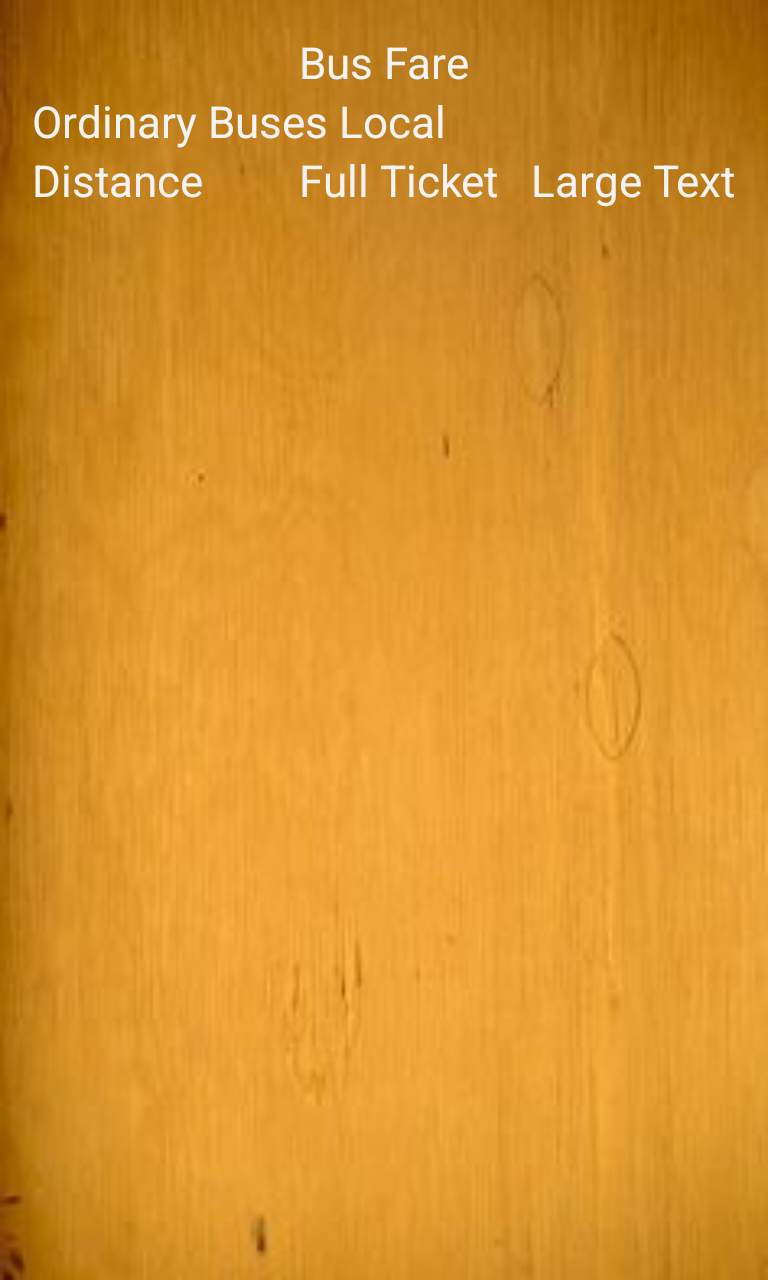
Repository: yogeshwar1996/android-app
Layout: CHD!!@BUSES/res/layout/activity_info.xml
The author's editor kept a copy of each file at every save. The layout is drawn from the files as they stood at one save, then again after the next save.
It is drawn on a 768 x 1280 px phone screen (xhdpi) without system bars, with theme android:Theme.Holo; the app's code is not run.

Above is the layout before, as saved 2016-07-11 04:56:01.

After the next save:
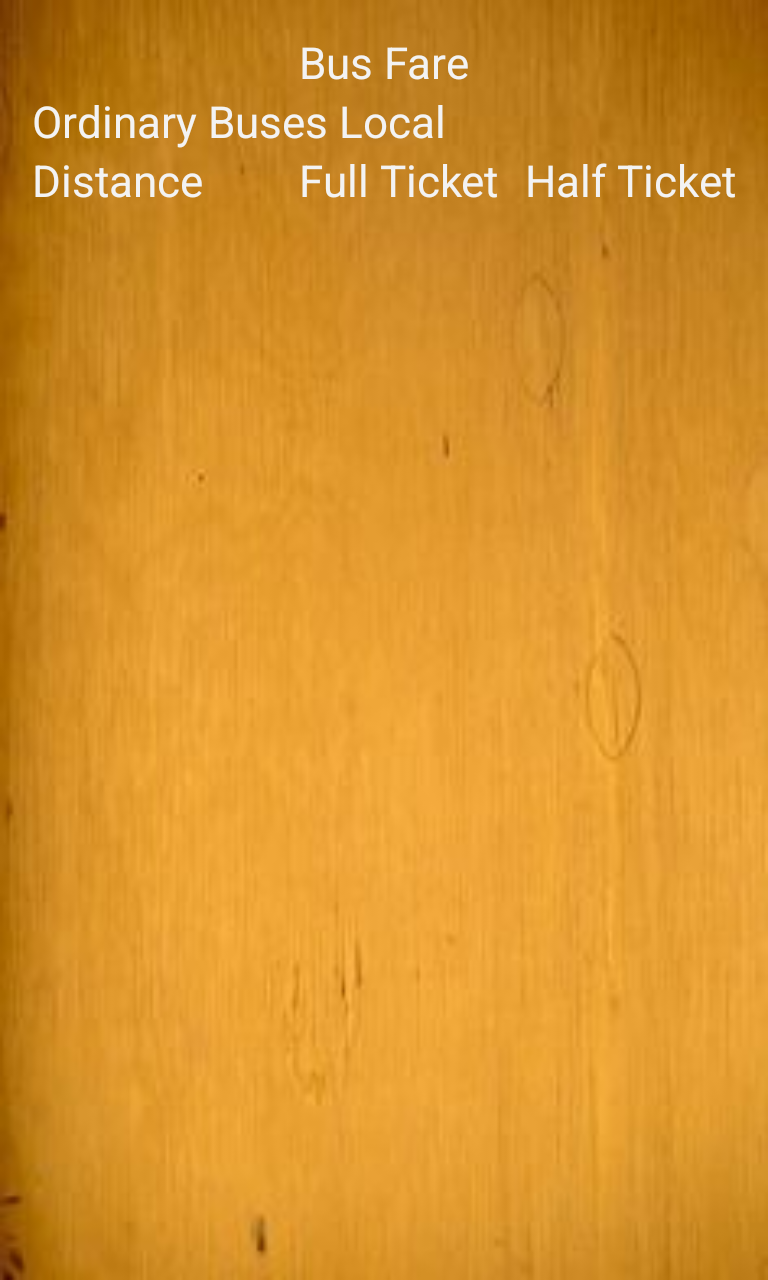
Saved 16 s later.
--- a/CHD!!@BUSES/res/layout/activity_info.xml
+++ b/CHD!!@BUSES/res/layout/activity_info.xml
@@ -44,7 +44,7 @@
         android:layout_alignBaseline="@+id/textView4"
         android:layout_alignBottom="@+id/textView4"
         android:layout_alignParentRight="true"
-        android:text="Large Text"
+        android:text="Half Ticket"
         android:textAppearance="?android:attr/textAppearanceLarge" />
 
     <TextView
